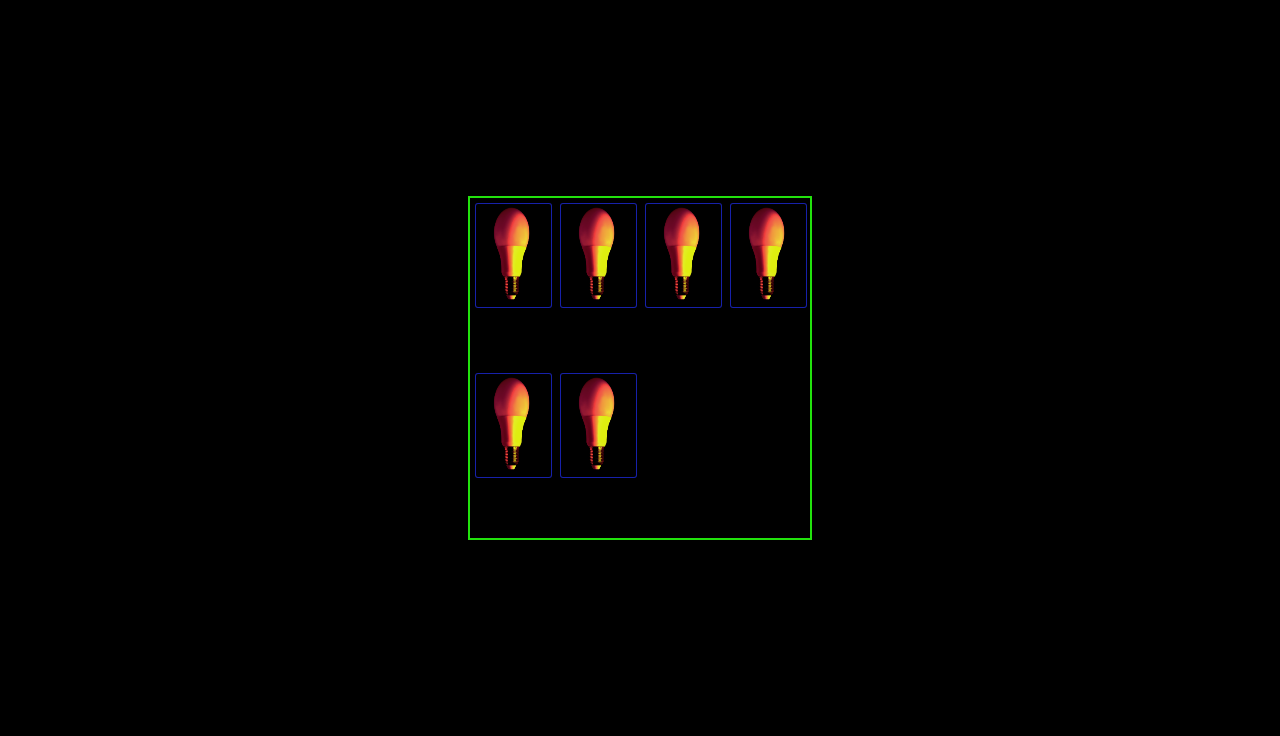
Repository: suzanaferreira/memory-game-project
Page: index.html
The author's editor kept a record of every edit. The page is drawn from the files as they stood at one moment, then again after the next edit.
The browser window is 1280 px wide. The pictures show the whole page.

Above is the page before.
Console error: SyntaxError: Unexpected end of input

### index.html
<!DOCTYPE html>
<html lang="en">
<head>
    <meta charset="UTF-8">
    <meta name="viewport" content="width=device-width, initial-scale=1.0">
    <meta http-equiv="X-UA-Compatible" content="ie=edge">
    <title>Memory Game</title>
    <link rel="stylesheet" href="style.css" />
</head>
<body>
    <section class="game">
        <div class="cards">
            <img class="revelead-pic" src="img/pic1.jpg" alt="burger"/>
            <img class="cover-side" src="img/lamp.jpg" alt="lamp"/>
        </div>
         <div class="cards">
            <img class="revelead-pic" src="img/pic2.jpg" alt="rainbow"/>
            <img class="cover-side" src="img/lamp.jpg" alt="lamp"/>
        </div>
         <div class="cards">
            <img class="revelead-pic" src="img/pic3.jpg" alt="arrow"/>
            <img class="cover-side" src="img/lamp.jpg" alt="lamp"/>
        </div>
         <div class="cards">
            <img class="revelead-pic" src="img/pic4.jpg" alt="thunder"/>
            <img class="cover-side" src="img/lamp.jpg" alt="lamp"/>
        </div>
         <div class="cards">
            <img class="revelead-pic" src="img/pic5.jpg" alt="circle"/>
            <img class="cover-side" src="img/lamp.jpg" alt="lamp"/>
        </div>
         <div class="cards">
            <img class="revelead-pic" src="img/pic6.jpg" alt="hello"/>
            <img class="cover-side" src="img/lamp.jpg" alt="lamp"/>
        </div>

    </section>

    <script src="main.js"></script>

</body>
</html>

### style.css
. {
    padding: 0;
    margin: 0;
    box-sizing: border-box;
}

body {
    height: 100vh;
    display: flex;
    background-color: #000000;
}


.game {
    height: 340px;
    width: 340px;
    display: flex;
    margin: auto;
    flex-wrap: wrap;
    border: 2px solid #22E20D;
    perspective: 1000px;
}

.cards {
    width: calc(25% - 10px);
    height: calc(33.333% - 10px);
    margin: 5px;
    position: relative;
    transform: scale(1);
    transform-style: preserve-3d;
    transition: transform .5s;

}
.cards.flip {
    transform: rotateY(180deg);
}
.cards:active {
    transform: scale(.97);
    transition: transform .3s;
}

.revelead-pic,
.cover-side {
    background: #1721AA;
    width: 100%;
    height: 100%;
    padding: 1px;
    border-radius: 3px;
    position: absolute;
    backface-visibility: hidden;
}

.revelead-pic {
    transform: rotateY(180deg);
}

### main.js
const cards = document.querySelectorAll('.cards');
let hasRotatedCard = false;
let firstCard, secondCard;

function rotateCard() {
    this.classList.add('flip');
    //clicked for the first time
    if (!hasRotatedCard) {
        hasRotatedCard = true;
        firstCard = this;
    }
    //clicked for the second time
    else {
        hasRotatedCard = false;
        secondCard = this;

        //check if the cards match
        if (firstCard.dataset.name === secondCard.dataset.name) {
            //when the cards match
            firstCard.removeEventListener('click', rotateCard);
            secondCard.removeEventListener('click', rotateCard);

        //whe the cards dont match
       } else {
        firstCard.classList.remove('flip');
        secondCard.classList.remove('flip');
    }
}
cards.forEach(card => card.addEventListener('click', rotateCard));

After the next edit:
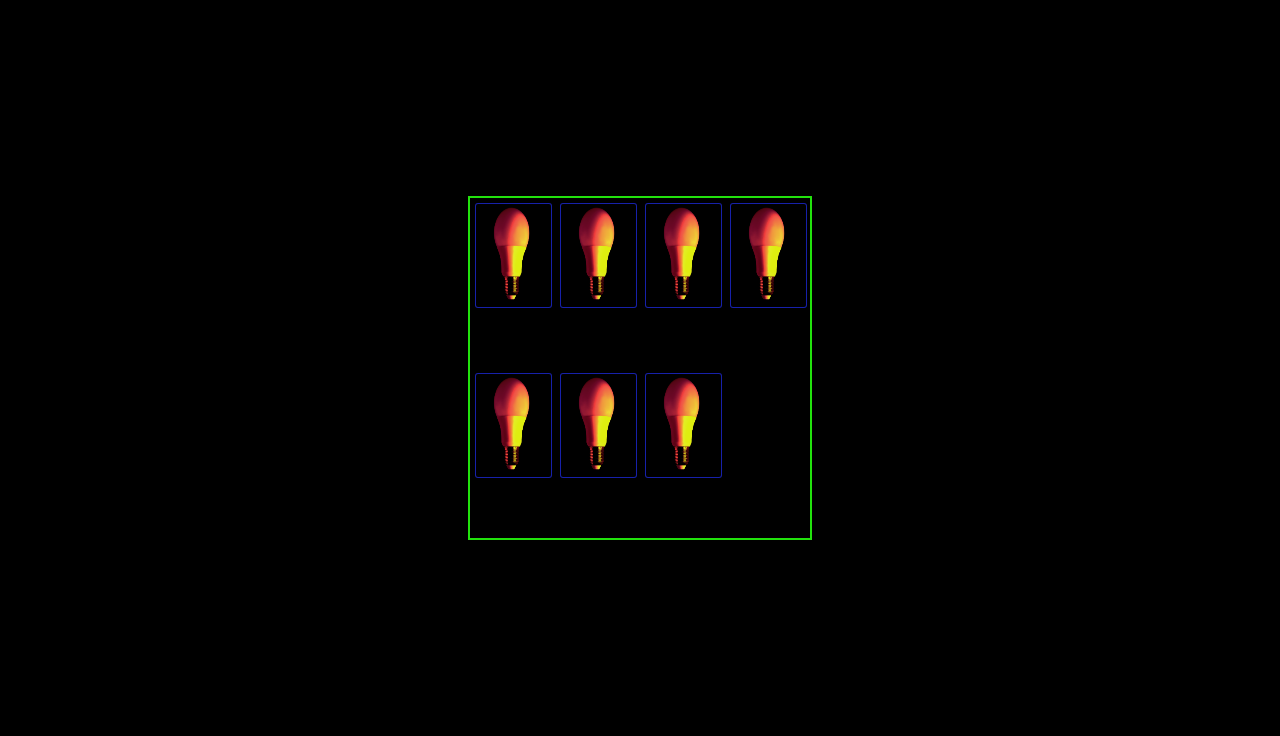
The edit:
--- a/index.html
+++ b/index.html
@@ -1,5 +1,6 @@
 <!DOCTYPE html>
 <html lang="en">
+
 <head>
     <meta charset="UTF-8">
     <meta name="viewport" content="width=device-width, initial-scale=1.0">
@@ -7,36 +8,42 @@
     <title>Memory Game</title>
     <link rel="stylesheet" href="style.css" />
 </head>
+
 <body>
     <section class="game">
         <div class="cards">
-            <img class="revelead-pic" src="img/pic1.jpg" alt="burger"/>
-            <img class="cover-side" src="img/lamp.jpg" alt="lamp"/>
+            <img class="revelead-pic" src="img/pic1.jpg" alt="burger" />
+            <img class="cover-side" src="img/lamp.jpg" alt="lamp" />
         </div>
-         <div class="cards">
-            <img class="revelead-pic" src="img/pic2.jpg" alt="rainbow"/>
-            <img class="cover-side" src="img/lamp.jpg" alt="lamp"/>
-        </div>
-         <div class="cards">
-            <img class="revelead-pic" src="img/pic3.jpg" alt="arrow"/>
-            <img class="cover-side" src="img/lamp.jpg" alt="lamp"/>
-        </div>
-         <div class="cards">
-            <img class="revelead-pic" src="img/pic4.jpg" alt="thunder"/>
-            <img class="cover-side" src="img/lamp.jpg" alt="lamp"/>
-        </div>
-         <div class="cards">
-            <img class="revelead-pic" src="img/pic5.jpg" alt="circle"/>
-            <img class="cover-side" src="img/lamp.jpg" alt="lamp"/>
-        </div>
-         <div class="cards">
-            <img class="revelead-pic" src="img/pic6.jpg" alt="hello"/>
-            <img class="cover-side" src="img/lamp.jpg" alt="lamp"/>
+        <div class="cards">
+            <img class="revelead-pic" src="img/pic1.jpg" alt="burger" />
+            <img class="cover-side" src="img/lamp.jpg" alt="lamp" />
         </div>
 
+        <div class="cards">
+            <img class="revelead-pic" src="img/pic2.jpg" alt="rainbow" />
+            <img class="cover-side" src="img/lamp.jpg" alt="lamp" />
+        </div>
+        <div class="cards">
+            <img class="revelead-pic" src="img/pic3.jpg" alt="arrow" />
+            <img class="cover-side" src="img/lamp.jpg" alt="lamp" />
+        </div>
+        <div class="cards">
+            <img class="revelead-pic" src="img/pic4.jpg" alt="thunder" />
+            <img class="cover-side" src="img/lamp.jpg" alt="lamp" />
+        </div>
+        <div class="cards">
+            <img class="revelead-pic" src="img/pic5.jpg" alt="circle" />
+            <img class="cover-side" src="img/lamp.jpg" alt="lamp" />
+        </div>
+        <div class="cards">
+            <img class="revelead-pic" src="img/pic6.jpg" alt="hello" />
+            <img class="cover-side" src="img/lamp.jpg" alt="lamp" />
+        </div>
     </section>
 
     <script src="main.js"></script>
 
 </body>
+
 </html>
